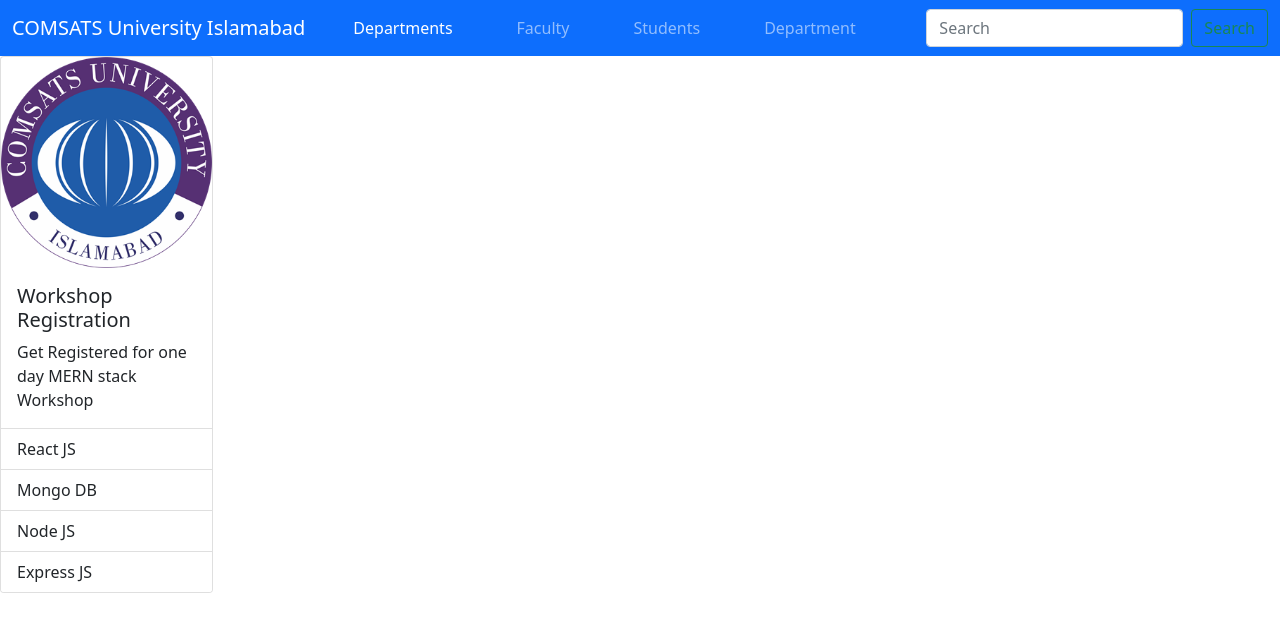
Repository: SaudCh/Web-Mid-Exams
Page: /home
The author's editor kept a copy of each file at every save. The page is drawn from the files as they stood at one save, then again after the next save.
The browser window is 1280 px wide. The pictures show the whole page.
The project was rebuilt for these pictures with package versions that can differ from the ones it lists, and the page was loaded fresh each time.

Above is the page before, as saved 2021-11-22 10:49:43.

After the next save:
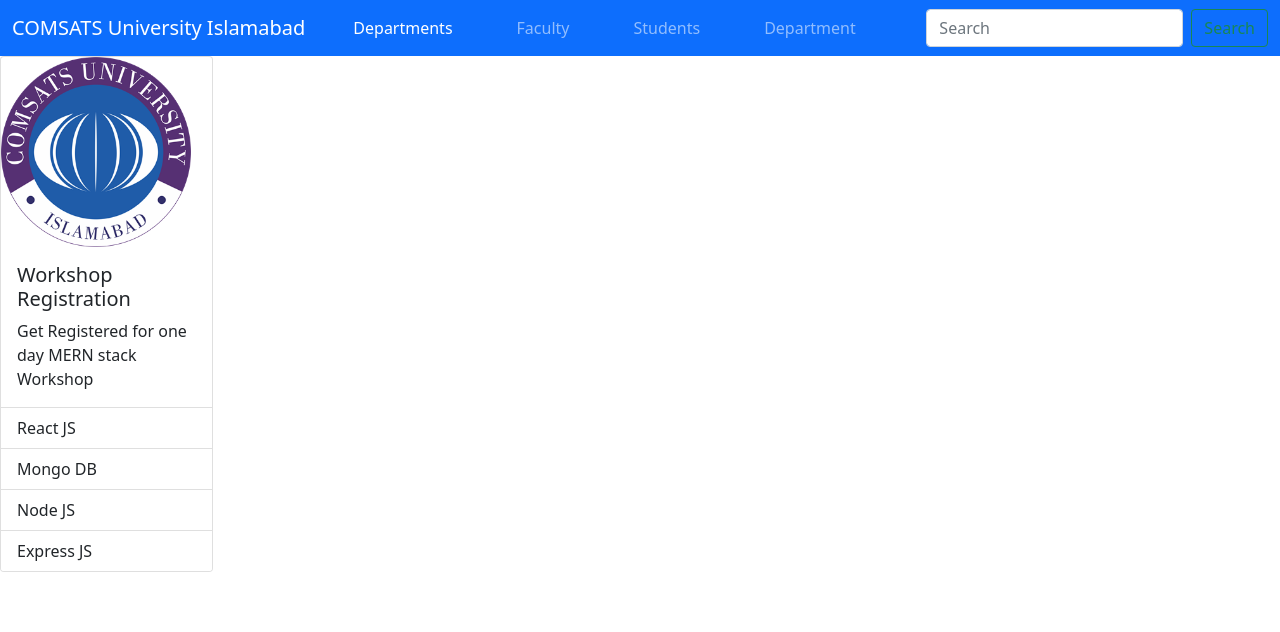
Saved 23 s later.
--- a/src/Shared/SideBar.jsx
+++ b/src/Shared/SideBar.jsx
@@ -4,7 +4,7 @@
 export default function SideBar() {
   return (
     <div class="card">
-      <img src={logo} class="card-img-top" alt="..." />
+      <img src={logo} class="card-img-top" style={{ width: "90%" }} alt="..." />
       <div class="card-body">
         <h5 class="card-title">Workshop Registration</h5>
         <p class="card-text">Get Registered for one day MERN stack Workshop</p>
